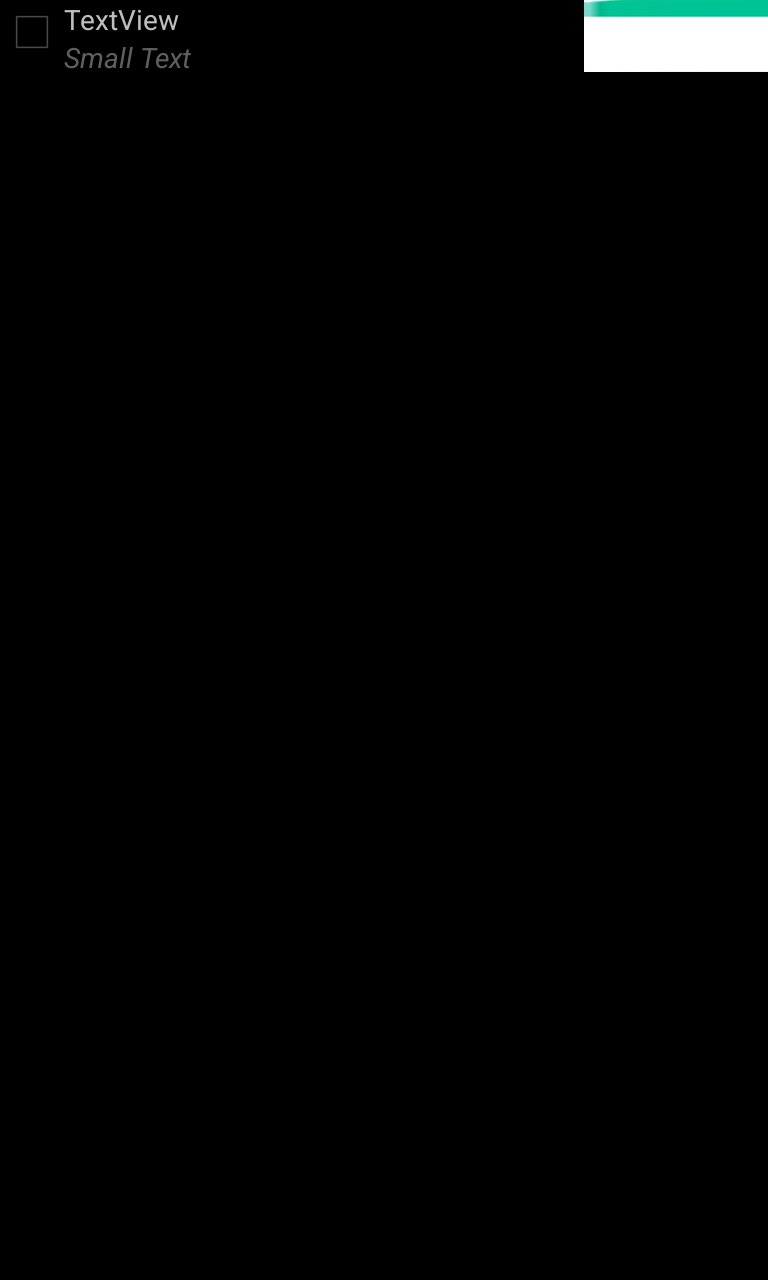
Repository: Damaitan/JTD
Layout: Mobile/res/layout/task_folder_item.xml
An editor plug-in stored every save of this project. The layout is shown before and after the next save, followed by the edit.
It is drawn on a 768 x 1280 px phone screen (xhdpi) without system bars, with theme android:Theme.Holo; the app's code is not run.

Above is the layout before, as saved 2015-01-09 08:57:18.

### Mobile/res/layout/task_folder_item.xml
<?xml version="1.0" encoding="utf-8"?>
<GridLayout xmlns:android="http://schemas.android.com/apk/res/android"
    android:id="@+id/task_folder_item"
    android:layout_width="wrap_content"
    android:layout_height="match_parent"
    android:layout_gravity="fill"
    android:columnCount="4"
    android:rowCount="2" >

    <CheckBox
        android:id="@+id/task_folder_item_check"
        android:layout_width="wrap_content"
        android:layout_column="0"
        android:layout_gravity="top|start"
        android:layout_row="0"
        android:layout_rowSpan="2"
        android:text="" />

    <TextView
        android:id="@+id/task_folder_item_name"
        android:layout_width="260dp"
        android:layout_column="1"
        android:layout_gravity="left"
        android:layout_row="0"
        android:gravity="fill_horizontal"
        android:text="TextView" />

    <TextView
        android:id="@+id/task_folder_item_tag"
        android:layout_width="260dp"
        android:layout_column="1"
        android:layout_gravity="left"
        android:layout_row="1"
        android:cursorVisible="false"
        android:enabled="false"
        android:gravity="fill_horizontal"
        android:inputType="none"
        android:text="Small Text"
        android:textAppearance="?android:attr/textAppearanceSmall"
        android:textStyle="italic" />

    <Button
        android:id="@+id/task_folder_item_btn_date"
        style="?android:attr/buttonStyleSmall"
        android:layout_width="fill_parent"
        android:layout_height="36dp"
        android:layout_column="2"
        android:layout_gravity="right"
        android:layout_row="0"
        android:layout_rowSpan="2"
        android:background="@drawable/task_folder_date"
        android:lines="2"
        android:maxLines="2"
        android:minLines="2"
        android:textColor="@android:color/black" />

</GridLayout>

After the next save:
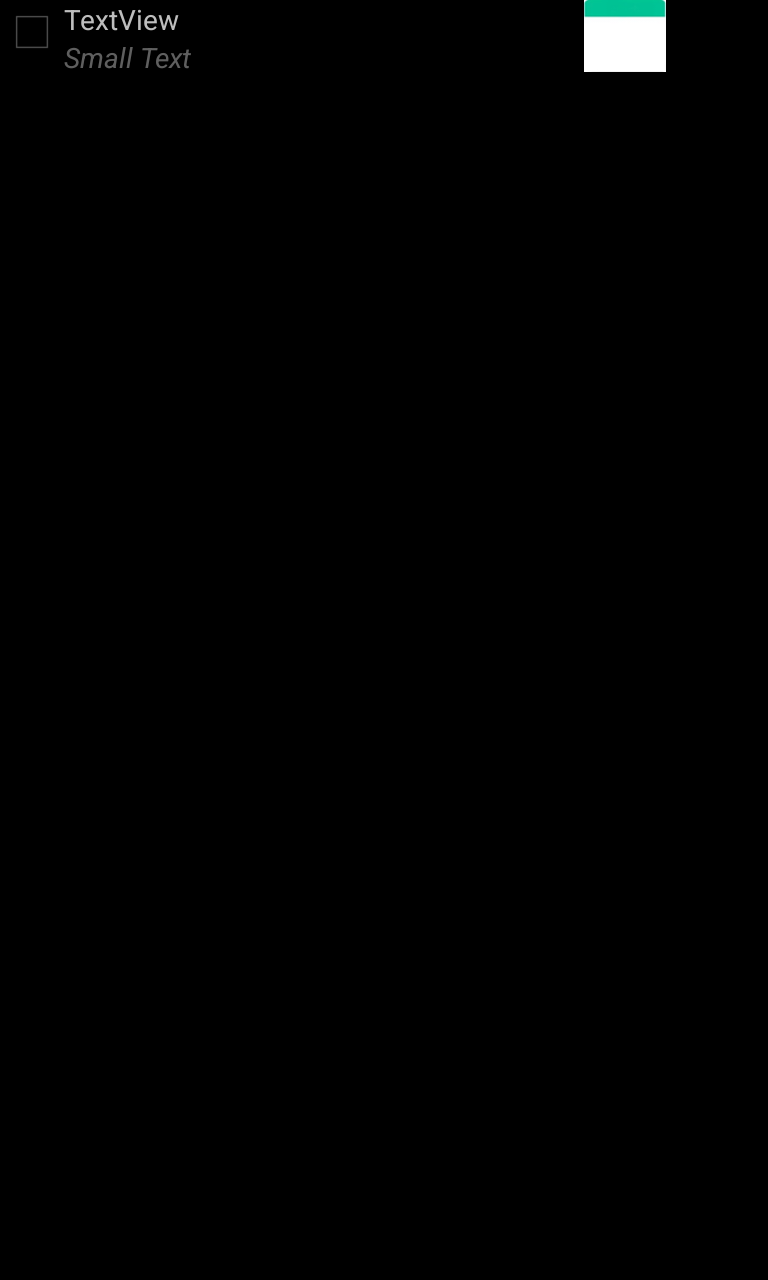
Saved 22 s later.
--- a/Mobile/res/layout/task_folder_item.xml
+++ b/Mobile/res/layout/task_folder_item.xml
@@ -42,10 +42,10 @@
     <Button
         android:id="@+id/task_folder_item_btn_date"
         style="?android:attr/buttonStyleSmall"
-        android:layout_width="fill_parent"
+        android:layout_width="41dp"
         android:layout_height="36dp"
         android:layout_column="2"
-        android:layout_gravity="right"
+        android:layout_gravity="fill_horizontal"
         android:layout_row="0"
         android:layout_rowSpan="2"
         android:background="@drawable/task_folder_date"
